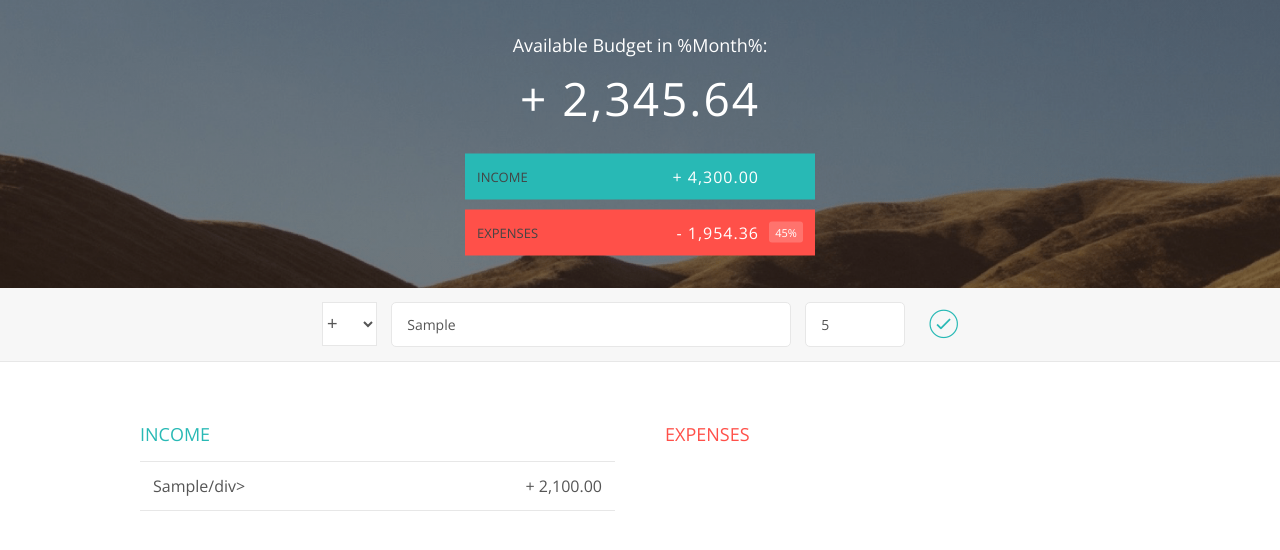
Repository: JocheAttah/Budgety
Page: index.html
These files come from the project's save history. The page is drawn as it stood at one moment and after the next save; the edit follows.
The browser window is 1280 px wide. The pictures show the whole page.
Empty fields were first filled with sample values (such as "Sample", 5 or name@example.com).
After loading, the first visible `button.add__btn` was clicked once.

Above is the page before, as saved 2020-03-02 02:39:49.

### index.html
<!DOCTYPE html>
<html lang="en">
    <head>
        <meta charset="UTF-8">
        <link href="https://fonts.googleapis.com/css?family=Open+Sans:100,300,400,600" rel="stylesheet" type="text/css">
        <link href="http://code.ionicframework.com/ionicons/2.0.1/css/ionicons.min.css" rel="stylesheet" type="text/css">
        <link type="text/css" rel="stylesheet" href="./CSS/style.css">
        <title>Budgety</title>
    </head>
    <body>

        <div class="top">
            <div class="budget">
                <div class="budget__title">
                    Available Budget in <span class="budget__title--month">%Month%</span>:
                </div>

                <div class="budget__value">+ 2,345.64</div>

                <div class="budget__income clearfix">
                    <div class="budget__income--text">Income</div>
                    <div class="right">
                        <div class="budget__income--value">+ 4,300.00</div>
                        <div class="budget__income--percentage">&nbsp;</div>
                    </div>
                </div>

                <div class="budget__expenses clearfix">
                    <div class="budget__expenses--text">Expenses</div>
                    <div class="right clearfix">
                        <div class="budget__expenses--value">- 1,954.36</div>
                        <div class="budget__expenses--percentage">45%</div>
                    </div>
                </div>
            </div>
        </div>



        <div class="bottom">
            <div class="add">
                <div class="add__container">
                    <select class="add__type">
                        <option value="inc" selected>+</option>
                        <option value="exp">-</option>
                    </select>
                    <input type="text" class="add__description" placeholder="Add description">
                    <input type="number" class="add__value" placeholder="Value">
                    <button class="add__btn"><i class="ion-ios-checkmark-outline"></i></button>
                </div>
            </div>

            <div class="container clearfix">
                <div class="income">
                    <h2 class="icome__title">Income</h2>

                    <div class="income__list">

                        <!--
                        <div class="item clearfix" id="income-0">
                            <div class="item__description">Salary</div>
                            <div class="right clearfix">
                                <div class="item__value">+ 2,100.00</div>
                                <div class="item__delete">
                                    <button class="item__delete--btn"><i class="ion-ios-close-outline"></i></button>
                                </div>
                            </div>
                        </div>

                        <div class="item clearfix" id="income-1">
                            <div class="item__description">Sold car</div>
                            <div class="right clearfix">
                                <div class="item__value">+ 1,500.00</div>
                                <div class="item__delete">
                                    <button class="item__delete--btn"><i class="ion-ios-close-outline"></i></button>
                                </div>
                            </div>
                        </div>
                        -->

                    </div>
                </div>



                <div class="expenses">
                    <h2 class="expenses__title">Expenses</h2>

                    <div class="expenses__list">

                        <!--
                        <div class="item clearfix" id="expense-0">
                            <div class="item__description">Apartment rent</div>
                            <div class="right clearfix">
                                <div class="item__value">- 900.00</div>
                                <div class="item__percentage">21%</div>
                                <div class="item__delete">
                                    <button class="item__delete--btn"><i class="ion-ios-close-outline"></i></button>
                                </div>
                            </div>
                        </div>

                        <div class="item clearfix" id="expense-1">
                            <div class="item__description">Grocery shopping</div>
                            <div class="right clearfix">
                                <div class="item__value">- 435.28</div>
                                <div class="item__percentage">10%</div>
                                <div class="item__delete">
                                    <button class="item__delete--btn"><i class="ion-ios-close-outline"></i></button>
                                </div>
                            </div>
                        </div>
                        -->

                    </div>
                </div>
            </div>


        </div>

        <script src="./js/app.js"></script>
    </body>
</html>

### CSS/style.css
/**********************************************
*** GENERAL
**********************************************/

* {
    margin: 0;
    padding: 0;
    box-sizing: border-box;
}

.clearfix::after {
    content: "";
    display: table;
    clear: both;
}

body {
    color: #555;
    font-family: Open Sans;
    font-size: 16px;
    position: relative;
    height: 100vh;
    font-weight: 400;
}

.right { float: right; }
.red { color: #FF5049 !important; }
.red-focus:focus { border: 1px solid #FF5049 !important; }

/**********************************************
*** TOP PART
**********************************************/

.top {
    height: 40vh;
    background-image: linear-gradient(rgba(0, 0, 0, 0.35), rgba(0, 0, 0, 0.35)), url(/img/back.png);
    background-size: cover;
    background-position: center;
    position: relative;
}

.budget {
    position: absolute;
    width: 350px;
    top: 50%;
    left: 50%;
    transform: translate(-50%, -50%);
    color: #fff;
}

.budget__title {
    font-size: 18px;
    text-align: center;
    margin-bottom: 10px;
    font-weight: 300;
}

.budget__value {
    font-weight: 300;
    font-size: 46px;
    text-align: center;
    margin-bottom: 25px;
    letter-spacing: 2px;
}

.budget__income,
.budget__expenses {
    padding: 12px;
    text-transform: uppercase;
}

.budget__income {
    margin-bottom: 10px;
    background-color: #28B9B5;
}

.budget__expenses {
    background-color: #FF5049;
}

.budget__income--text,
.budget__expenses--text {
    float: left;
    font-size: 13px;
    color: #444;
    margin-top: 2px;
}

.budget__income--value,
.budget__expenses--value {
    letter-spacing: 1px;
    float: left;
}

.budget__income--percentage,
.budget__expenses--percentage {
    float: left;
    width: 34px;
    font-size: 11px;
    padding: 3px 0;
    margin-left: 10px;
}

.budget__expenses--percentage {
    background-color: rgba(255, 255, 255, 0.2);
    text-align: center;
    border-radius: 3px;
}


/**********************************************
*** BOTTOM PART
**********************************************/

/***** FORM *****/
.add {
    padding: 14px;
    border-bottom: 1px solid #e7e7e7;
    background-color: #f7f7f7;
}

.add__container {
    margin: 0 auto;
    text-align: center;
}

.add__type {
    width: 55px;
    border: 1px solid #e7e7e7;
    height: 44px;
    font-size: 18px;
    color: inherit;
    background-color: #fff;
    margin-right: 10px;
    font-weight: 300;
    transition: border 0.3s;
}

.add__description,
.add__value {
    border: 1px solid #e7e7e7;
    background-color: #fff;
    color: inherit;
    font-family: inherit;
    font-size: 14px;
    padding: 12px 15px;
    margin-right: 10px;
    border-radius: 5px;
    transition: border 0.3s;
}

.add__description { width: 400px;}
.add__value { width: 100px;}

.add__btn {
    font-size: 35px;
    background: none;
    border: none;
    color: #28B9B5;
    cursor: pointer;
    display: inline-block;
    vertical-align: middle;
    line-height: 1.1;
    margin-left: 10px;
}

.add__btn:active { transform: translateY(2px); }

.add__type:focus,
.add__description:focus,
.add__value:focus {
    outline: none;
    border: 1px solid #28B9B5;
}

.add__btn:focus { outline: none; }

/***** LISTS *****/
.container {
    width: 1000px;
    margin: 60px auto;
}

.income {
    float: left;
    width: 475px;
    margin-right: 50px;
}

.expenses {
    float: left;
    width: 475px;
}

h2 {
    text-transform: uppercase;
    font-size: 18px;
    font-weight: 400;
    margin-bottom: 15px;
}

.icome__title { color: #28B9B5; }
.expenses__title { color: #FF5049; }

.item {
    padding: 13px;
    border-bottom: 1px solid #e7e7e7;
}

.item:first-child { border-top: 1px solid #e7e7e7; }
.item:nth-child(even) { background-color: #f7f7f7; }

.item__description {
    float: left;
}

.item__value {
    float: left;
    transition: transform 0.3s;
}

.item__percentage {
    float: left;
    margin-left: 20px;
    transition: transform 0.3s;
    font-size: 11px;
    background-color: #FFDAD9;
    padding: 3px;
    border-radius: 3px;
    width: 32px;
    text-align: center;
}

.income .item__value,
.income .item__delete--btn {
    color: #28B9B5;
}

.expenses .item__value,
.expenses .item__percentage,
.expenses .item__delete--btn {
    color: #FF5049;
}


.item__delete {
    float: left;
}

.item__delete--btn {
    font-size: 22px;
    background: none;
    border: none;
    cursor: pointer;
    display: inline-block;
    vertical-align: middle;
    line-height: 1;
    display: none;
}

.item__delete--btn:focus { outline: none; }
.item__delete--btn:active { transform: translateY(2px); }

.item:hover .item__delete--btn { display: block; }
.item:hover .item__value { transform: translateX(-20px); }
.item:hover .item__percentage { transform: translateX(-20px); }


.unpaid {
    background-color: #FFDAD9 !important;
    cursor: pointer;
    color: #FF5049;

}

.unpaid .item__percentage { box-shadow: 0 2px 6px 0 rgba(0, 0, 0, 0.1); }
.unpaid:hover .item__description { font-weight: 900; }

### js/app.js
// BUDGET CONTROLLER
var budgetController = (function() {

    var Expense = function (id, description, value){
        this.id = id;
        this.description = description;
        this.value = value;
    }

    var Income = function (id, description, value){
        this.id = id;
        this.description = description;
        this.value = value;
    }

    var data = {
        allItems : {
            exp: [],
            inc: []
        },

        totals : {
            exp: 0,
            inc: 0
        }
    };

    return {
        addItems : function (type, des, val){
            var ID, newItem;

            // Create new ID
            if (data.allItems[type].length > 0){
                ID = data.allItems[type][data.allItems[type].length - 1].id + 1;
            } else {
                ID = 0;
            }

            // Create new item based on 'inc' or 'exp' type
            if (type  === 'exp'){
                newItem = new Expense(ID, des, val)
            } else if(type === 'inc'){
                newItem = new Income(ID, des, val)
            }

            //push it into the data structure
            data.allItems[type].push(newItem);

            // return the nw element
            return newItem;
        },
        testing :  function (){
            console.log(data);
        }
    };

})();




// UI CONTROLLER
var uiController = (function() {
    // some code goes here
    var DOMstrings = {
        inputType : '.add__type',
        inputDescription : '.add__description',
        inputValue : '.add__value',
        inputBtn: '.add__btn',
        inputIncome: '.income__list',
        inputExpenses: '.expenses__list'
    }

    return {
        getInput: function() {
            return {
                type: document.querySelector(DOMstrings.inputType).value,  // it will be either "inc" or "exp"
                description: document.querySelector(DOMstrings.inputDescription).value,
                value: document.querySelector(DOMstrings.inputValue).value
            };
        },

        addListItem: function(obj, type){
            var html, newHtml;

            if (type === 'inc'){
                element = document.querySelector(DOMstrings.inputIncome);
                html = '<div class="item clearfix" id="income-%id%"><div class="item__">%description%/div><div class="right clearfix"><div class="item__%value%">+ 2,100.00</div><div class="item__delete"><button class="item__delete--btn"><i class="ion-ios-close-outline"></i></button></div></div></div>'
            } else if (type === 'exp'){
                element = document.querySelector(DOMstrings.inputExpenses);
                html = '<div class="item clearfix" id="expense-%id%"><div class="item__%description%">Apartment rent</div><div class="right clearfix"><div class="item__%value%">- 900.00</div><div class="item__percentage">21%</div><div class="item__delete"><button class="item__delete--btn"><i class="ion-ios-close-outline"></i></button></div></div></div>'
            }

            newHtml = html.replace('%id%', obj.id);
            newHtml = newHtml.replace('%description%', obj.description);
            newHtml = newHtml.replace('%value%', obj.value);

            element.insertAdjacentHTML('beforeend', newHtml);

        },

        getDOMstrings: function(){
            return DOMstrings;
        }
    };

})();




// GLOBAL APP CONTROLLER
var controller = (function(budgetCtrl, uiCtrl){
    // some code goes here
    var setupInit = function (){
        var DOM = uiCtrl.getDOMstrings();
        document.querySelector(DOM.inputBtn).addEventListener("click", ctrlAddItem);

        document.addEventListener("keypress", function(event){
            if (event.keycode === 13 || event.which === 13){
                ctrlAddItem()
            }
        });
    };

    var ctrlAddItem = function (){

        var input,newItem;
        //1. Get the field input data
        input = uiCtrl.getInput();
        // console.log(input)

        // 2. Add the Item to the budget Controller
       newItem = budgetCtrl.addItems(input.type, input.description, input.value);

        //3. Add the Item to the UI
        uiCtrl.addListItem (newItem, input.type)

        //4. Calculate the budget

        // 5. Display the budget on the UI

    };

    return {
        init: function(){
            console.log("Application has Started");
            return setupInit();
        }
    }
})(budgetController, uiController);

controller.init();

After the next save:
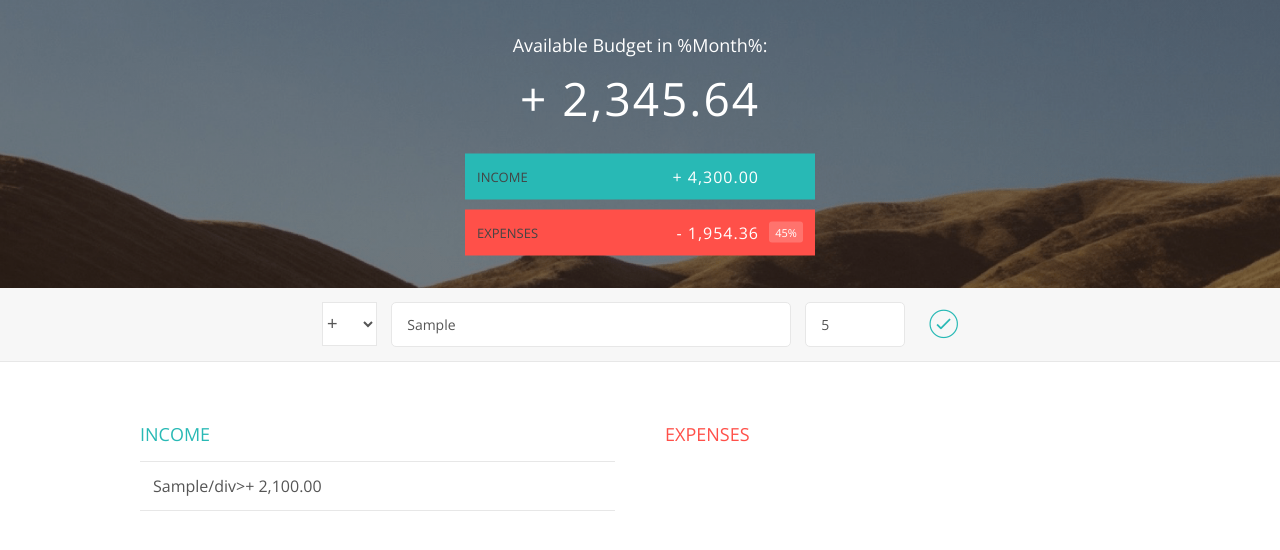
Saved 14 s later.
--- a/js/app.js
+++ b/js/app.js
@@ -85,7 +85,7 @@ var uiController = (function() {
 
             if (type === 'inc'){
                 element = document.querySelector(DOMstrings.inputIncome);
-                html = '<div class="item clearfix" id="income-%id%"><div class="item__">%description%/div><div class="right clearfix"><div class="item__%value%">+ 2,100.00</div><div class="item__delete"><button class="item__delete--btn"><i class="ion-ios-close-outline"></i></button></div></div></div>'
+                html = '<div class="item clearfix" id="income-%id%"><div class="item__description">%description%/div><div class="right clearfix"><div class="item__%value%">+ 2,100.00</div><div class="item__delete"><button class="item__delete--btn"><i class="ion-ios-close-outline"></i></button></div></div></div>'
             } else if (type === 'exp'){
                 element = document.querySelector(DOMstrings.inputExpenses);
                 html = '<div class="item clearfix" id="expense-%id%"><div class="item__%description%">Apartment rent</div><div class="right clearfix"><div class="item__%value%">- 900.00</div><div class="item__percentage">21%</div><div class="item__delete"><button class="item__delete--btn"><i class="ion-ios-close-outline"></i></button></div></div></div>'
